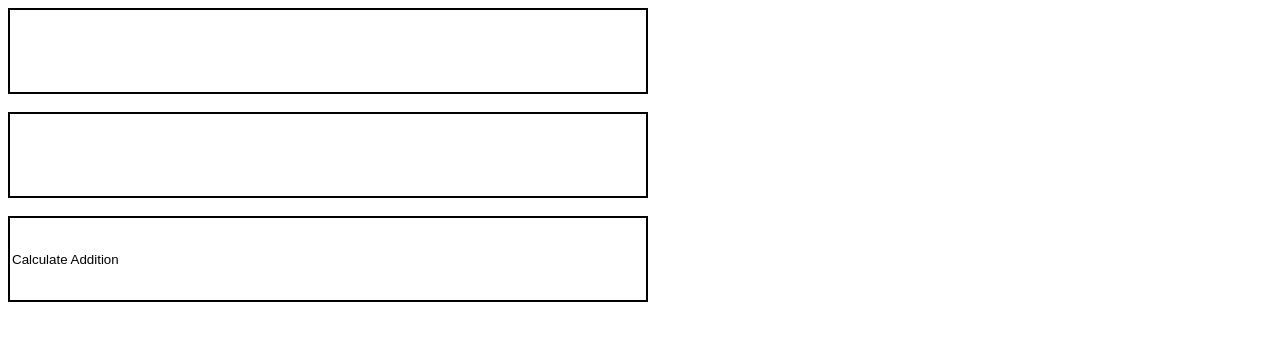
Repository: KiranNaikwadi/JSP
Page: http://localhost/Program/Add.jsp
The author's editor kept a copy of each file at every save. The page is drawn from the files as they stood at one save, then again after the next save.
The browser window is 1280 px wide. The pictures show the whole page.
The page is served by Tomcat 9.

Above is the page before, as saved 2024-04-06 04:43:50.

After the next save:
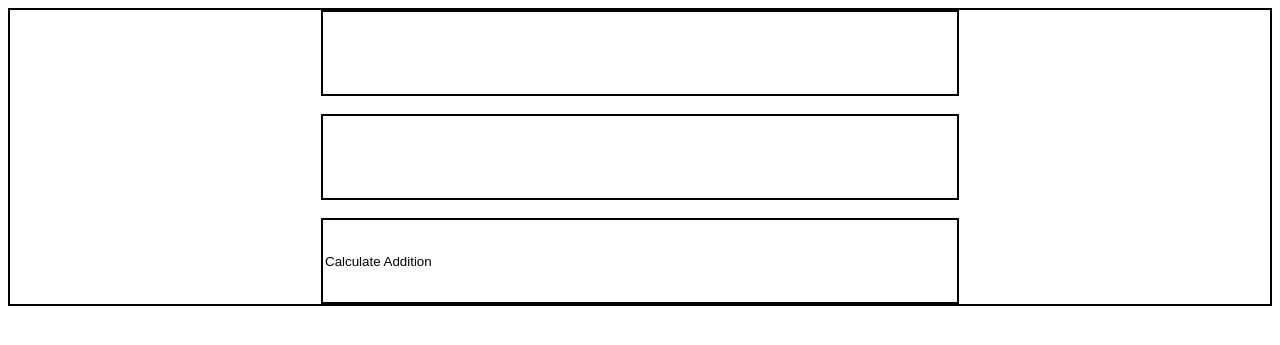
Saved 116 s later.
--- a/Program/src/main/webapp/Add.jsp
+++ b/Program/src/main/webapp/Add.jsp
@@ -10,7 +10,9 @@ input{
 height:80px;
 width:50%;
 border: 2px solid black;
-
+}
+form{
+border:2px solid black;
 }
 </style>
 </head>
@@ -18,10 +20,12 @@ border: 2px solid black;
 <%!
 int a,b,c;
 %>
+<center>
 <form name='frm' action='' method='get'>
 <input type='text' name='first' value=''><br><br>
 <input type='text' name='second' value=''><br><br>
 <input type='text' name='s' value='Calculate Addition'>
+</center>
 </form>
 <%
 String btn=request.getParameter("s");
